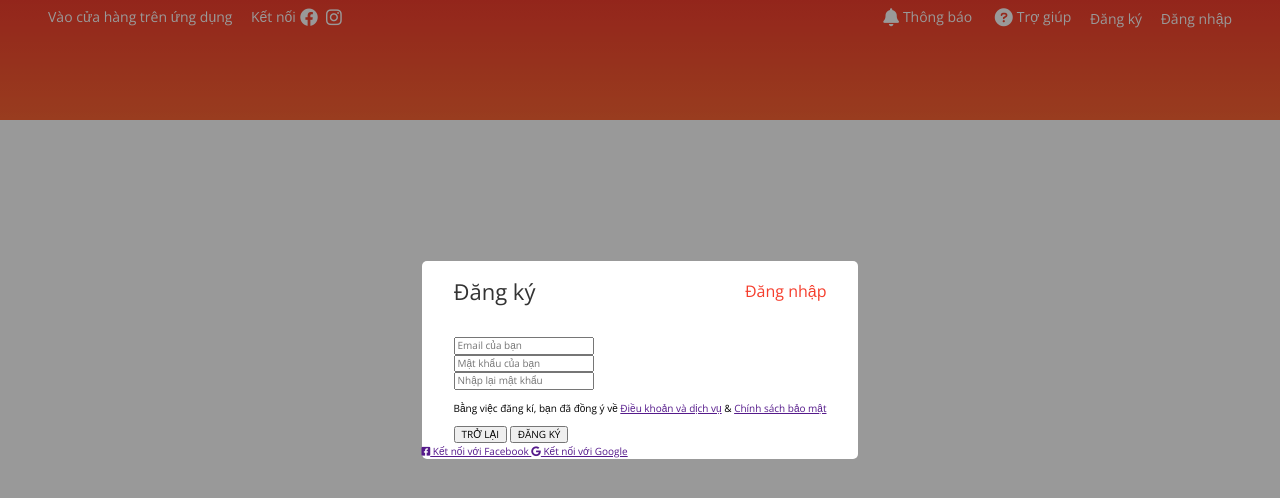
Repository: trongtamdev/Clone-Shopee-Page
Page: index.html
The author's editor kept a copy of each file at every save. The page is drawn from the files as they stood at one save, then again after the next save.
The browser window is 1280 px wide. The pictures show the whole page.

Above is the page before, as saved 2022-07-08 21:12:30.

After the next save:
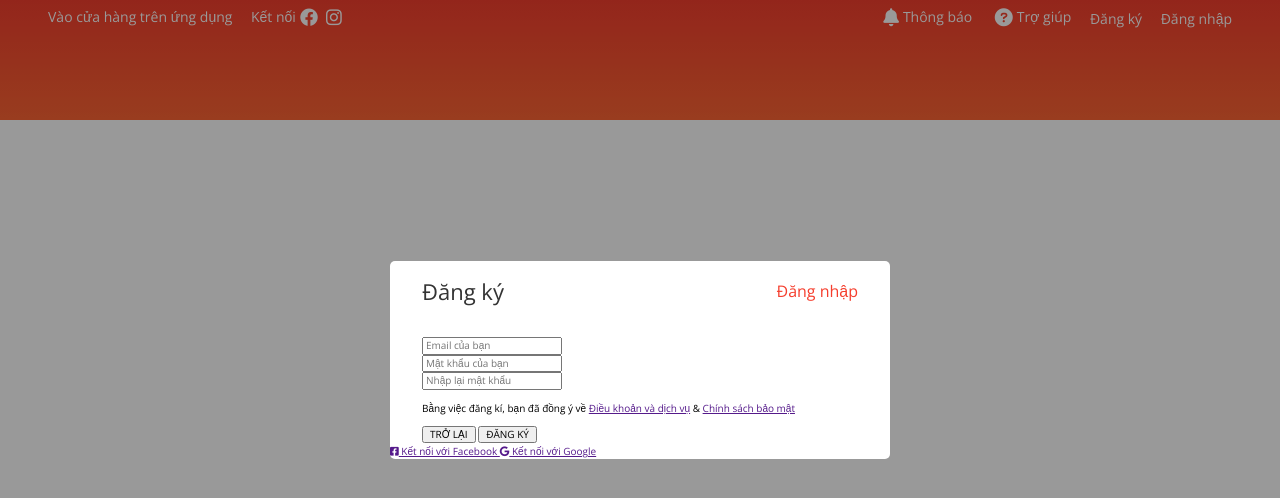
Saved 42 s later.
--- a/assets/css/main.css
+++ b/assets/css/main.css
@@ -114,6 +114,11 @@
 
 /* Authen Modal */
 
+.auth-form {
+    width: 500px;
+}
+
+
 .auth-form__container {
     padding: 0 32px;
 }
